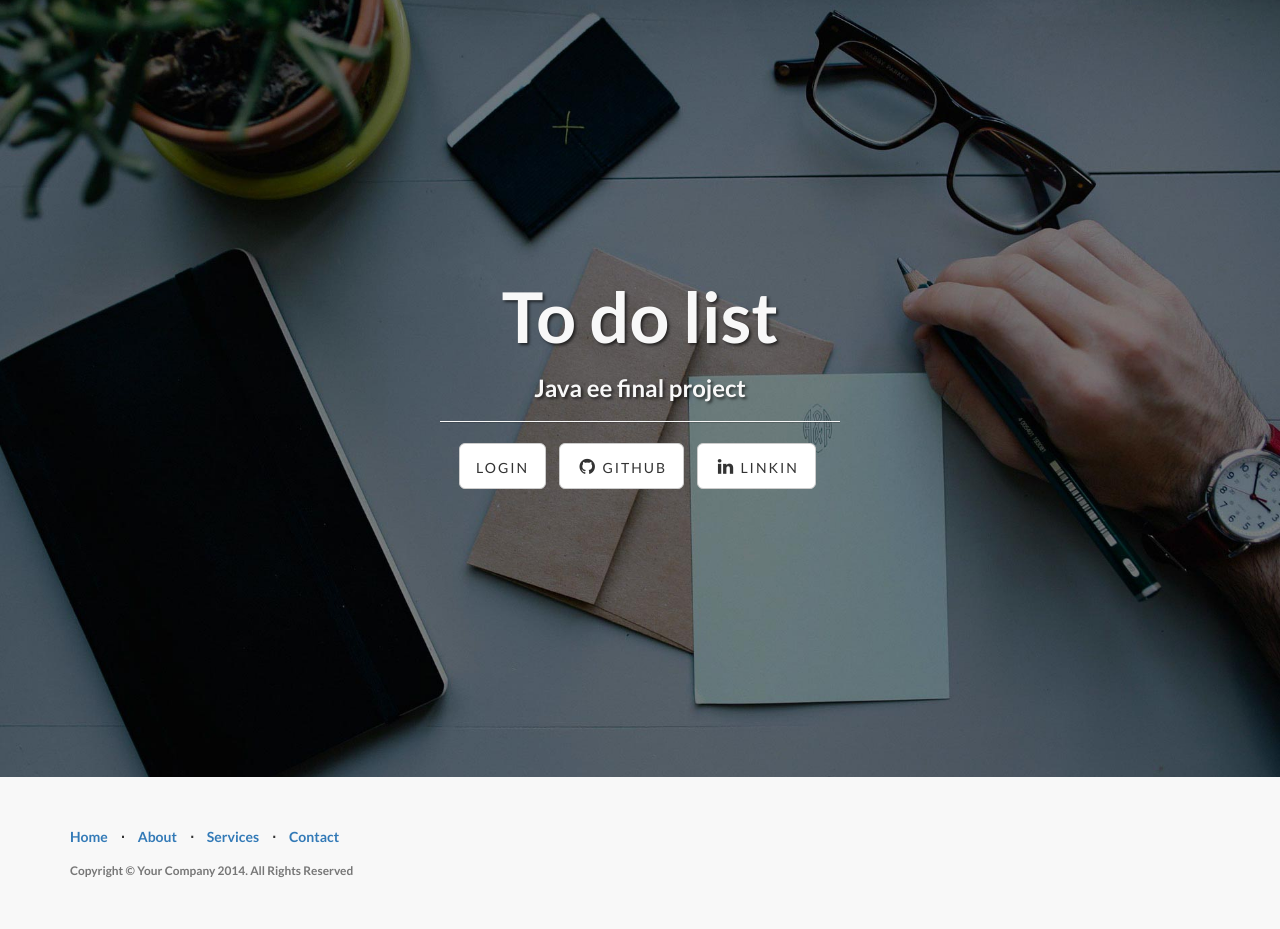
Repository: moshe31sh/Java_ee_final_project_todo_list
Page: Toto_list_final_project/WebContent/welcome.html
The author's editor kept a copy of each file at every save. The page is drawn from the files as they stood at one save, then again after the next save.
The browser window is 1280 px wide. The pictures show the whole page.

Above is the page before, as saved 2016-01-24 16:41:55.

After the next save:
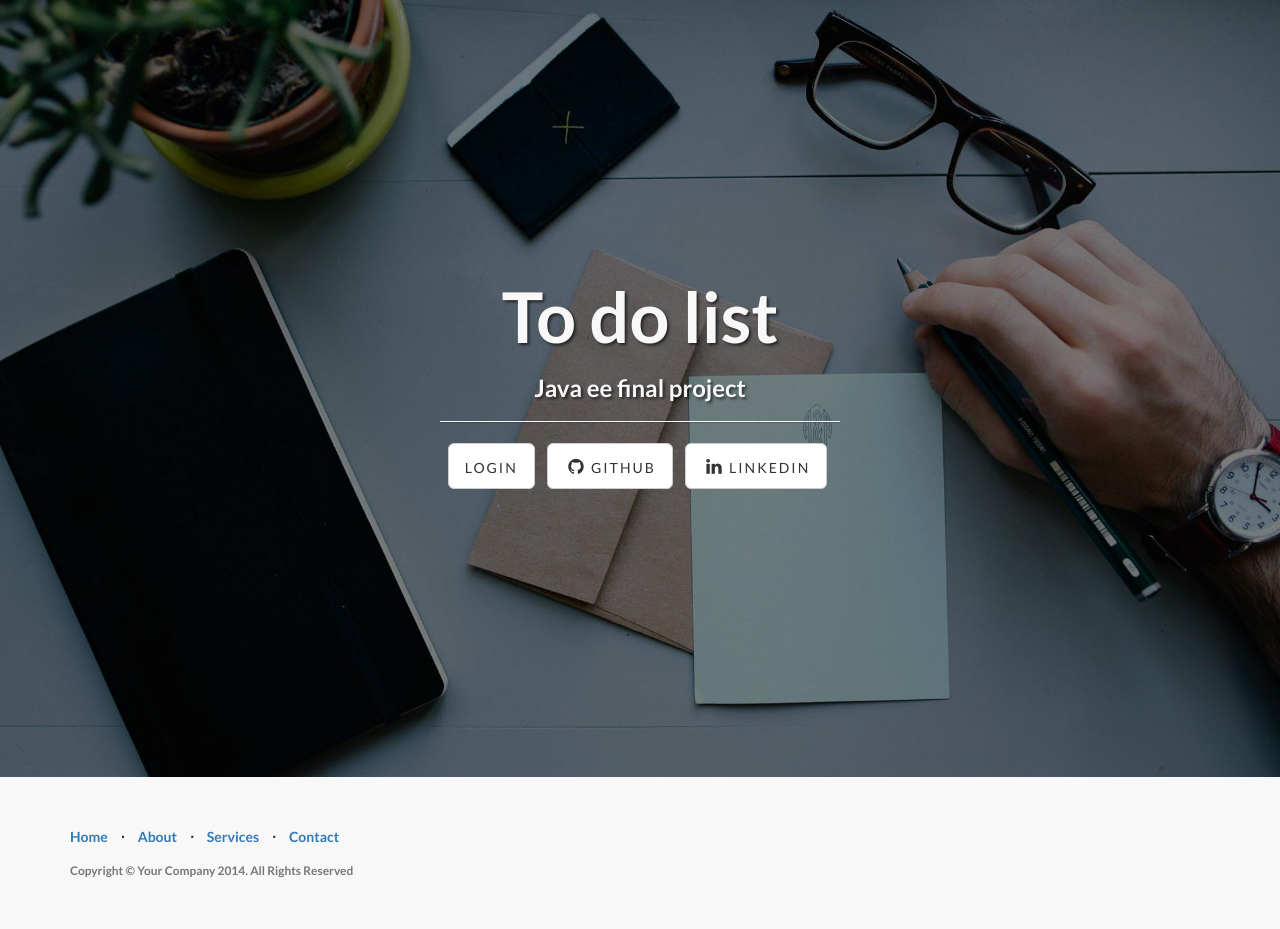
Saved 6 min 33 s later.
--- a/Toto_list_final_project/WebContent/welcome.html
+++ b/Toto_list_final_project/WebContent/welcome.html
@@ -50,7 +50,7 @@
                                 <a href="https://github.com/IronSummitMedia/startbootstrap" class="btn btn-default btn-lg"><i class="fa fa-github fa-fw"></i> <span class="network-name">Github</span></a>
                             </li>
                             <li>
-                                <a href="#" class="btn btn-default btn-lg"><i class="fa fa-linkedin fa-fw"></i> <span class="network-name">Linkin</span></a>
+                                <a href="#" class="btn btn-default btn-lg"><i class="fa fa-linkedin fa-fw"></i> <span class="network-name">LinkedIn</span></a>
                             </li>
                         </ul>
                     </div>
